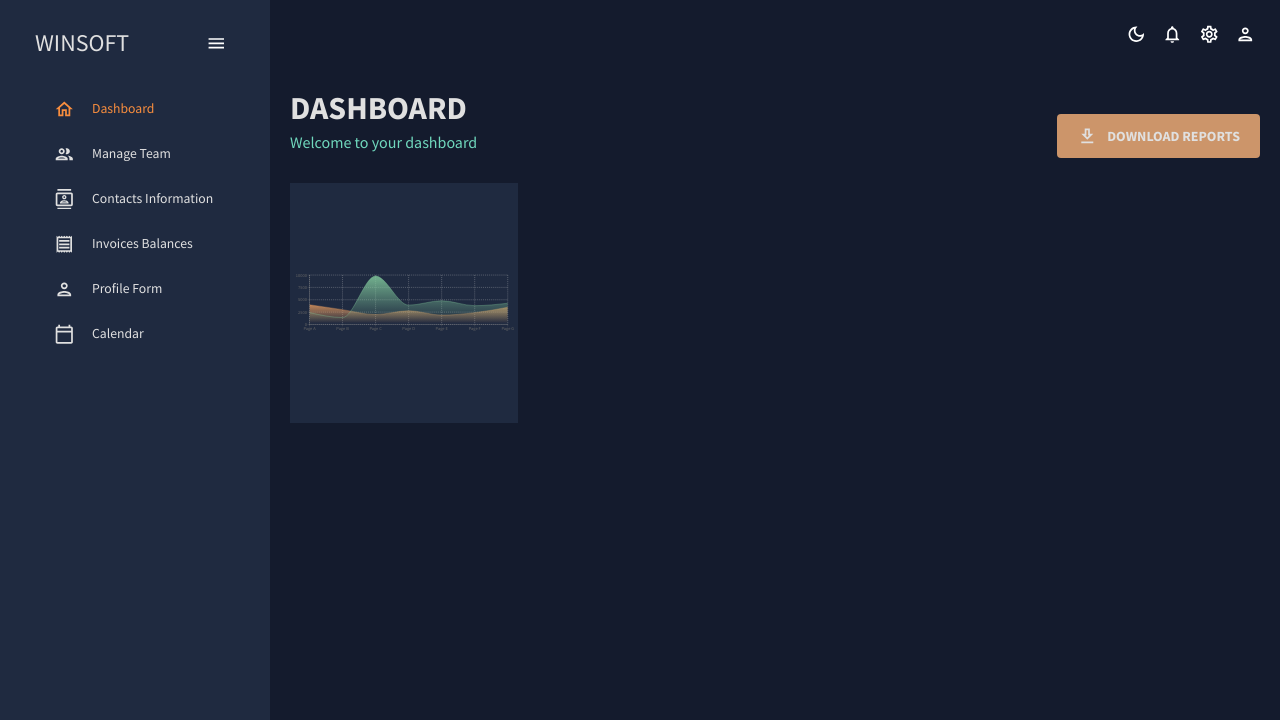
Repository: thamaraiselvan315731/winssoft
Page: /
These files come from the project's save history. The page is drawn as it stood at one moment and after the next save; the edit follows.
The browser window is 1280 px wide. The pictures show the whole page.
The project was rebuilt for these pictures with package versions that can differ from the ones it lists, and the page was loaded fresh each time. Also part of the build but not shown: src/pages/team/index.jsx, src/pages/invoices/index.jsx, src/pages/contacts/index.jsx, src/pages/form/index.jsx, src/components/LineChart.jsx, src/data/mockGeoFeatures.js, src/components/GeographyChart.jsx, src/components/BarChart.jsx and 4 more.

Above is the page before, as saved 2022-12-01 11:04:19.

After the next save:
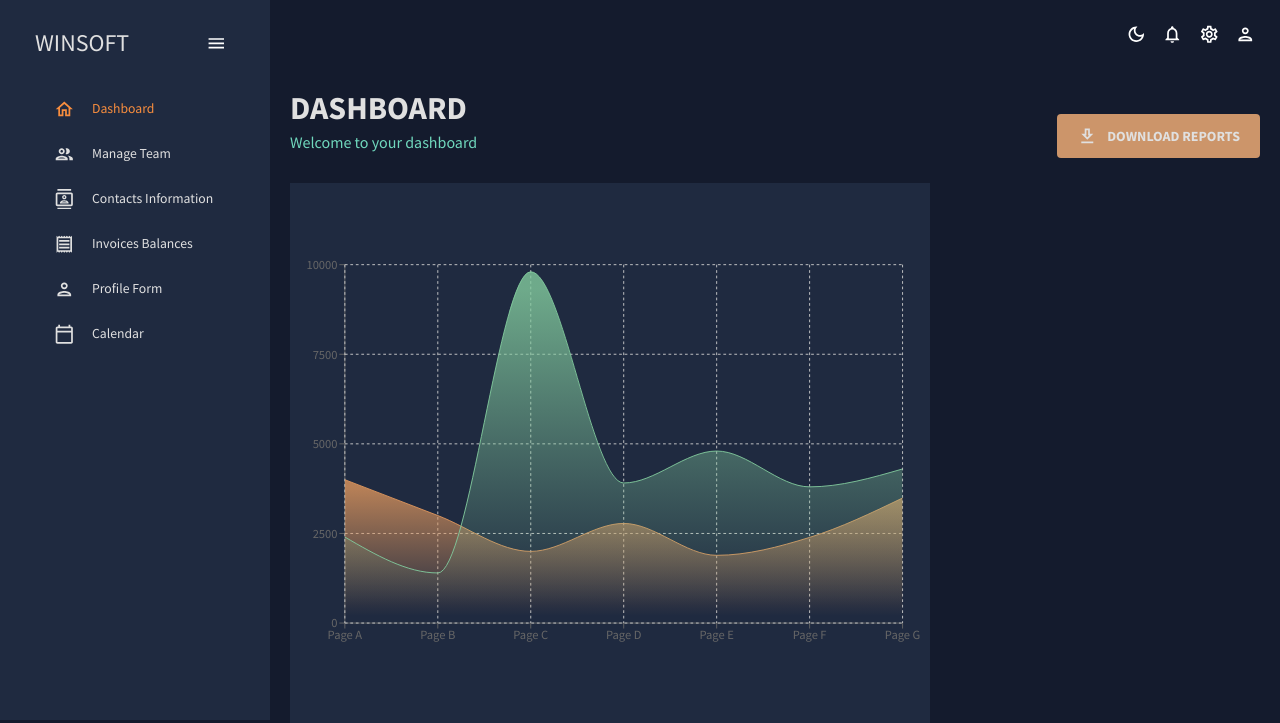
Saved 28 s later.
--- a/src/pages/dashboard/index.jsx
+++ b/src/pages/dashboard/index.jsx
@@ -45,12 +45,12 @@ const Dashboard = () => {
       <Box
         display="grid"
         gridTemplateColumns="repeat(12, 1fr)"
-        gridAutoRows="240px"
+        gridAutoRows="540px"
         gap="20px"
       >
         {/* ROW 1 */}
         <Box
-          gridColumn="span 3"
+          gridColumn="span 8"
           backgroundColor={colors.primary[400]}
           display="flex"
           alignItems="center"
